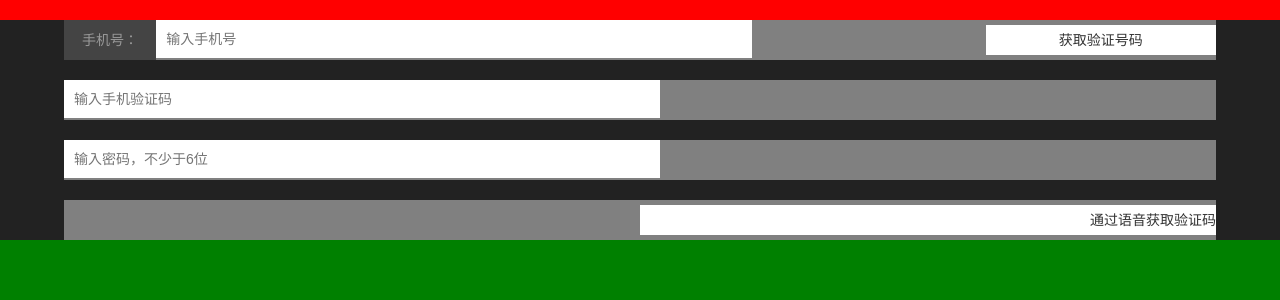
Repository: wangxinjun08231116/Html5Views
Page: WangXinJun/WebContent/htmls/QCF/ZhuCe.html
The author's editor kept a copy of each file at every save. The page is drawn from the files as they stood at one save, then again after the next save.
The browser window is 1280 px wide. The pictures show the whole page.

Above is the page before, as saved 2015-01-22 03:39:21.

### WangXinJun/WebContent/htmls/QCF/ZhuCe.html
<!DOCTYPE HTML>
<html>
<head>
<meta http-equiv="Content-Type" content="text/html; charset=utf-8">
<title>test</title>
 <link href="/WangXinJun/css/QCF/ZhuCe.css" rel="stylesheet" type="text/css"/>
 <style type="text/css">
	.topmargin {
		margin-top: 0px;
	}
</style>

</head>


<body>
<!-- div 默认有高度为0 ，body是有最小高度的 ， html 是整个页面的高度 -->
<div class="page" >
	  <div class="phoneNumberDiv" >
	 			    <p class="text-pan"> 手机号： </p>
	                <input id="verifyCode" class="text-box" type="tel" maxlength="4" placeholder="输入手机号" data-value="输入手机号" onkeyup="checkfade2(this)">
	                <a class="yanZhengBt">获取验证号码</a>
	  </div>

	   <div class="yanZhengNumberDiv" >
              <input id="verifyCode" class="text-box" type="tel" maxlength="4" placeholder="输入手机验证码" data-value="输入手机验证码" onkeyup="checkfade2(this)">
	  </div>

	  <div class="passwordNumberDiv" >
                     <input id="verifyCode" class="text-box" type="tel" maxlength="4" placeholder="输入密码，不少于6位" data-value="输入密码，不少于6位" onkeyup="checkfade2(this)">
	  </div>
	  <div  class="passwordNumberDiv">
	  		<p class="yuyinYanZhengPan"> 通过语音获取验证码 </p>
	  </div>




<!--

      <div class="phoneNumber" >

	  </div>
	  <div class="yanZhengNumber" >

	  </div>

  -->

</div>

</body>
</html>

### WangXinJun/WebContent/css/QCF/ZhuCe.css
* {margin:0;padding:0;}
html{
	background-color:green;
}

body {
    background-color: #f0f0f0;
    font-size: 12px;
   	width:100%;
	background-color:red;
	/*内边距20  */
	padding-top:20px;


}

.page {
	width:100%;
    background-color: #222;
    color: #333;
    font-family: "Microsoft Yahei","Simsun",Helvetica,Arial,sans-serif;
}
.phoneNumberDiv{
	height:40px;
	width:90%;
    background-color:gray;
    /*不可设置，margin:20px auto;不然body会下来。
      第一行设置有问题。
     */
	margin:0px auto;
    /* 上下外边距20px,左右自动适应，居中。 */
}

.yanZhengNumberDiv{
    font-size: 12px;
	height:40px;
	width:90%;
    background-color:gray;
    /* 上下外边距20px,左右自动适应，居中。 */
	margin:20px auto;
}
.yanZhengBt{
	/*不是自动布局了，有尺寸，有位置了  */
	float: right;
	height:30px;
	font-size: 14px;
	line-height:30px;
	width:20%;
    background-color:white;
    /* 上下外边距20px,左右自动适应，居中。 */
	margin-left:10px;
	margin-top:5px;

	vertical-align:middle;
	text-align:center;
}
.yuyinYanZhengPan{
	float: right;
	height:30px;
	font-size: 14px;
	line-height:30px;
	width:50%;
    background-color:white;
    /* 上下外边距20px,左右自动适应，居中。 */
	margin-left:10px;
	margin-top:5px;
	text-align:right;
}


.passwordNumberDiv{
	height:40px;
	width:90%;
    background-color:gray;
    /* 上下外边距20px,左右自动适应，居中。 */
	margin:20px auto;
}

.text-pan {
	float:left;
    color: #999;
    background-color: #444;
    font-size: 14px;
    width: 8%;
    height: 40px;
    line-height:40px;
   	text-align:center;


}
.text-box {
	float:left;
    height: 40px;
    border: medium none;
    color: #999;
    background-color: #fff;
    font-size: 14px;
    height: 38px;
    padding: 0 10px;
    width: 50%;
}

After the next save:
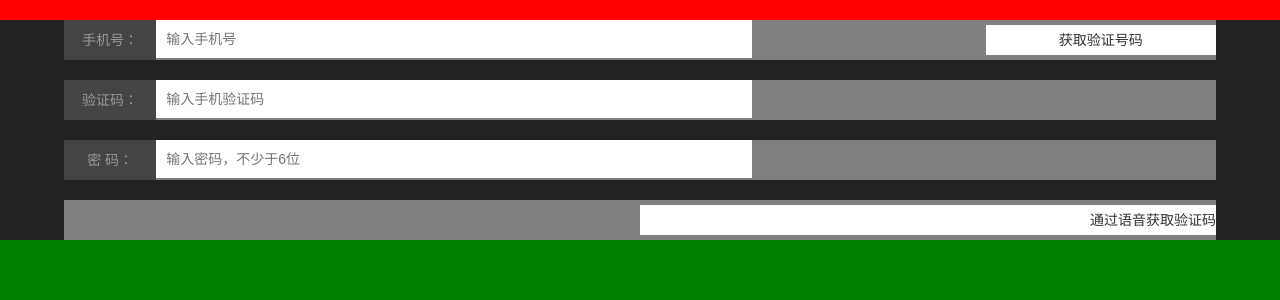
Saved 76 s later.
--- a/WangXinJun/WebContent/htmls/QCF/ZhuCe.html
+++ b/WangXinJun/WebContent/htmls/QCF/ZhuCe.html
@@ -23,11 +23,13 @@
 	  </div>
 
 	   <div class="yanZhengNumberDiv" >
+	   	 	 <p class="text-pan"> 验证码： </p>
               <input id="verifyCode" class="text-box" type="tel" maxlength="4" placeholder="输入手机验证码" data-value="输入手机验证码" onkeyup="checkfade2(this)">
 	  </div>
 
 	  <div class="passwordNumberDiv" >
-                     <input id="verifyCode" class="text-box" type="tel" maxlength="4" placeholder="输入密码，不少于6位" data-value="输入密码，不少于6位" onkeyup="checkfade2(this)">
+	  	   	 	 <p class="text-pan"> 密 码： </p>
+                 <input id="verifyCode" class="text-box" type="tel" maxlength="4" placeholder="输入密码，不少于6位" data-value="输入密码，不少于6位" onkeyup="checkfade2(this)">
 	  </div>
 	  <div  class="passwordNumberDiv">
 	  		<p class="yuyinYanZhengPan"> 通过语音获取验证码 </p>
